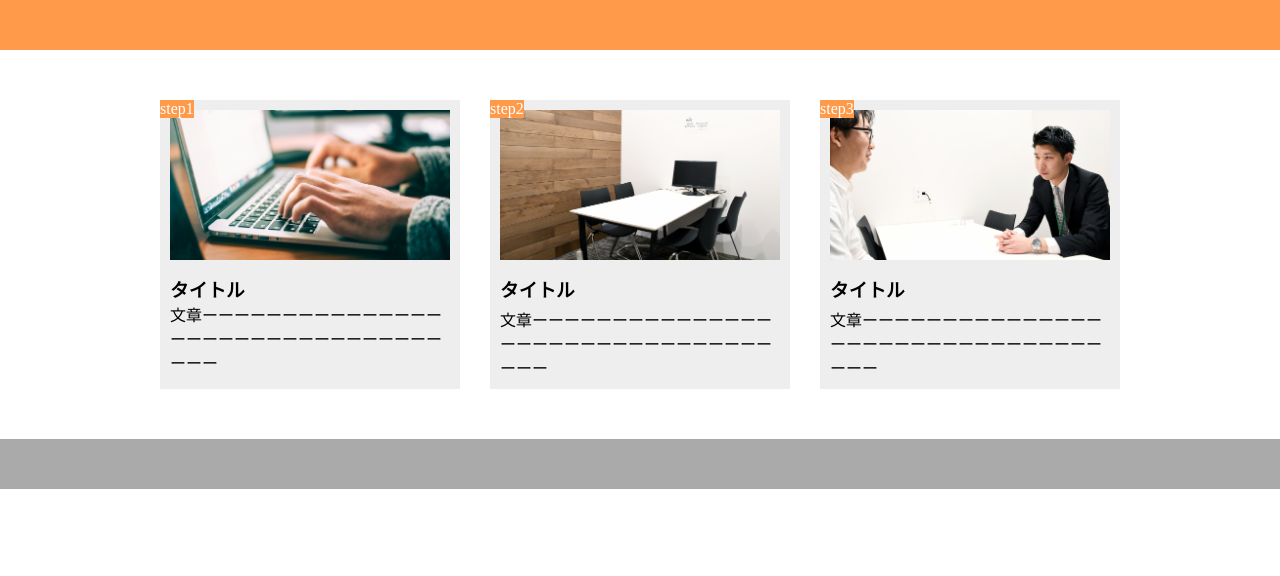
Repository: yuu3176/theme1
Page: 1-9-2/1-9-2.html
The author's editor kept a record of every edit. The page is drawn from the files as they stood at one moment, then again after the next edit.
The browser window is 1280 px wide. The pictures show the whole page.

Above is the page before.

### 1-9-2/1-9-2.html
<!DOCTYPE html>
<html lang="ja">
  <head>
    <meta charset="utf-8">
    <link rel="stylesheet" href="1-9-2.css">
    <title>1-9-2</title>
  </head>

  <body>
    <header></header>
    <main>
      <div class="box">
        <div class="box-step">
          <p>step1</p>
        </div>
        <div class="box-image1"></div>
        <section class="box-text">
          <h3>タイトル</h3>
          <p>文章ーーーーーーーーーーーーーーーーーーーーーーーーーーーーーーーーーーー</p>
        </section>
      </div>
      <div class="box">
        <div class="box-step">
          <p>step2</p>
        </div>
        <div class="box-image2"></div>
        <section class="box-text">
          <h3>タイトル</h3>
        </section>
          <p>文章ーーーーーーーーーーーーーーーーーーーーーーーーーーーーーーーーーーー</p>
      </div>
      <div class="box">
        <div class="box-step">
          <p>step3</p>
        </div>
        <div class="box-image3"></div>
        <section class="box-text">
          <h3>タイトル</h3>
          </section>
          <p>文章ーーーーーーーーーーーーーーーーーーーーーーーーーーーーーーーーーーー</p>
      </div>
    </main>
    <footer></footer>
  </body>
</html>

### 1-9-2/1-9-2.css
*{
  margin: 0;
  padding: 0;
  box-sizing: border-box;
}

header{
  height: 50px;
  background-color: #ff9a4b;
}

main{
  width: 960px;
  margin: 50px auto;
  display: flex;
}

.box{
  width: 300px;
  margin-right: 30px;
  padding: 10px;
  position: relative;
  background-color: #eeeeee;
}

.box:last-child{
  margin-right: 0;
}

.box-step{
  position: absolute;
  top: 0;
  left: 0;
  background-color: #ff9a4b;
  color: #fff;
}

.box-image1{
  height: 150px;
  background-image: url(img/flow01.png);
  background-position: bottom;
  background-size: cover;
}

.box-image2{
  height: 150px;
  background-image: url(img/flow02.png);
  background-position: bottom;
  background-size: cover;
}

.box-image3{
  height: 150px;
  background-image: url(img/flow03.png);
  background-position: bottom;
  background-size: cover;
}

.box-text{
  margin: 15px 0 5px;
}

footer{
  height: 50px;
  background-color: #aaaaaa;
}

@media screen and (max-width:768px){
  header{
    width: 100%;
  }

  main{
    width: 100%;
    margin: 50px auto;
    display: block;
  }

  .box{
    width: 90%;
    margin-bottom: 20px;
    margin-left: 5%;
    margin-right: 5%;
  }

  .box:last-child{
    margin-bottom: 0;
  }

  .box-image1 .box-image2 .box-image3{
    height: 150px;
  }

  footer{
    width: 100%;
  }

After the next edit:
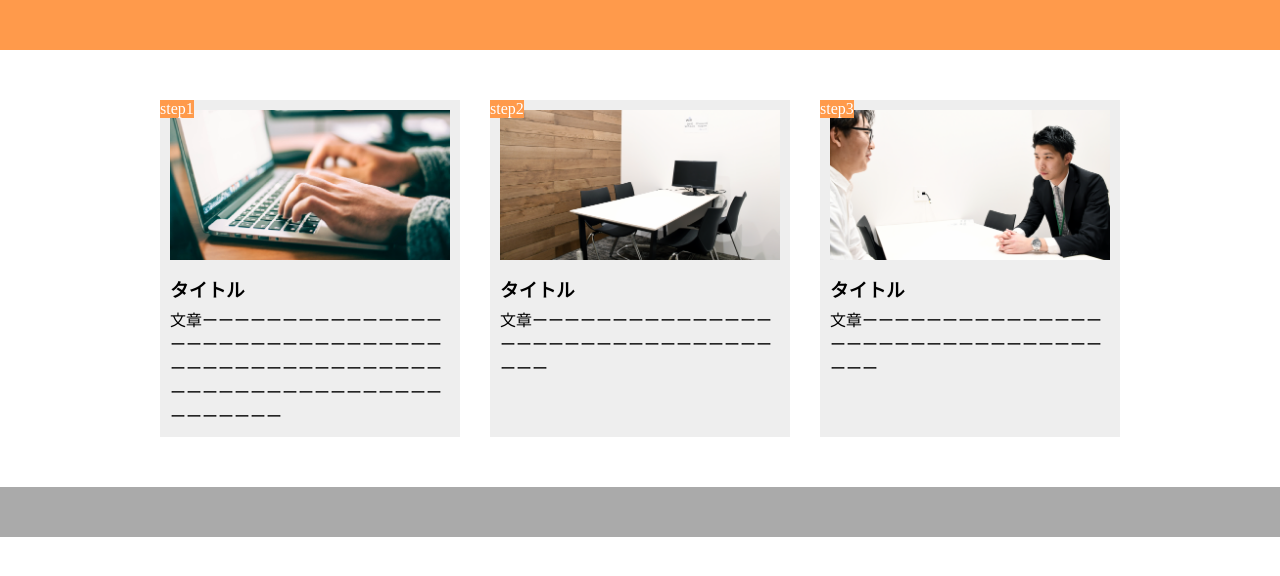
The edit:
--- a/1-9-2/1-9-2.html
+++ b/1-9-2/1-9-2.html
@@ -16,8 +16,8 @@
         <div class="box-image1"></div>
         <section class="box-text">
           <h3>タイトル</h3>
-          <p>文章ーーーーーーーーーーーーーーーーーーーーーーーーーーーーーーーーーーー</p>
         </section>
+          <p>文章ーーーーーーーーーーーーーーーーーーーーーーーーーーーーーーーーーーーーーーーーーーーーーーーーーーーーーーーーーーーーーーーーーーーーーーーーー</p>
       </div>
       <div class="box">
         <div class="box-step">
